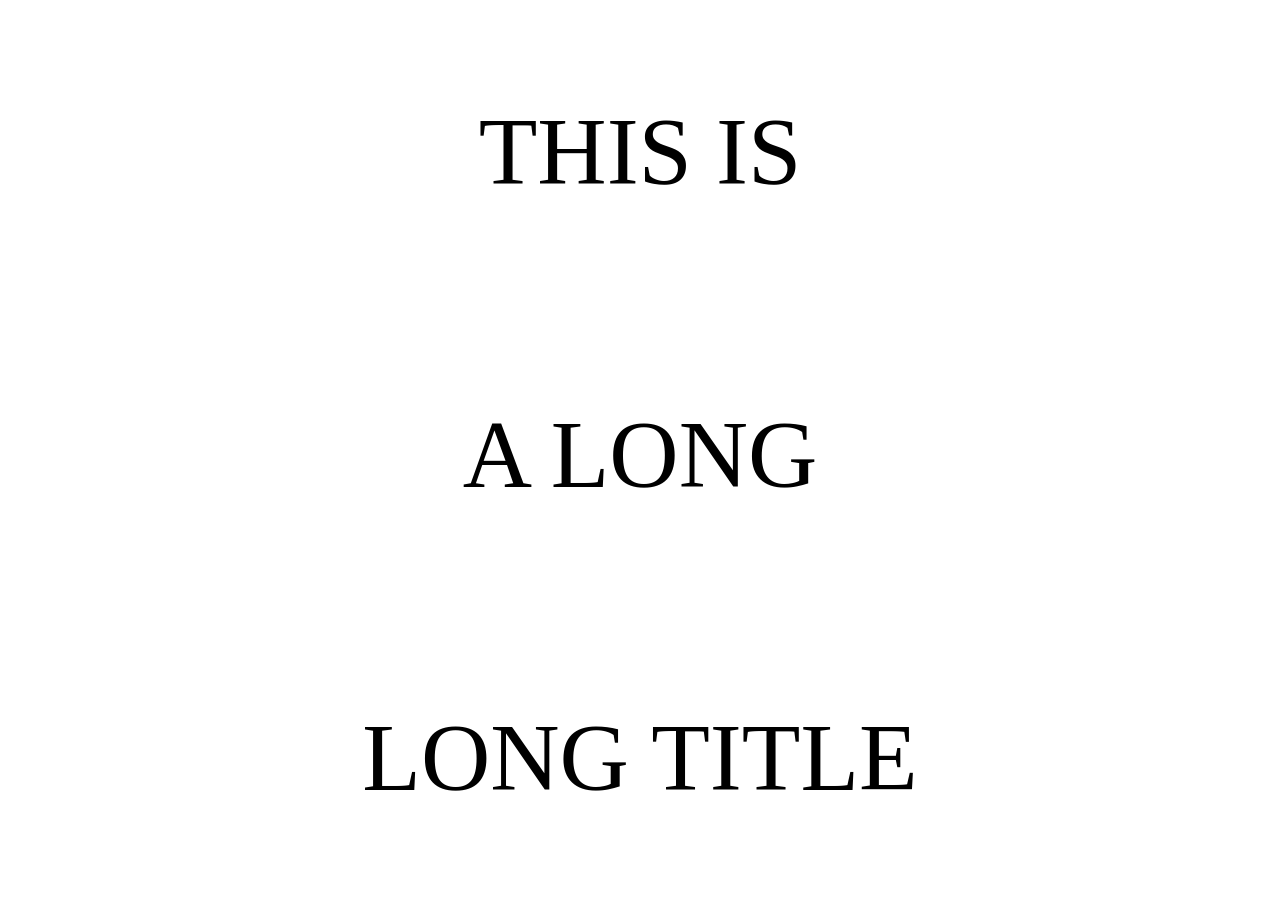
Repository: zuuo/--
Page: 文字入场动画1/index.html
These files come from the project's save history. The page is drawn as it stood at one moment and after the next save; the edit follows.
The browser window is 1280 px wide. The pictures show the whole page.
The style sheet was rebuilt from its Sass, Less or Tailwind sources for each picture, by a compiler version that may differ from the author's.

Above is the page before, as saved 2024-03-03 20:54:50.

### 文字入场动画1/index.html
<!DOCTYPE html>
<html lang="en">

<head>
    <meta charset="UTF-8">
    <meta name="viewport" content="width=device-width, initial-scale=1.0">
    <title>文字入场动画1</title>
    <link rel="stylesheet" href="./style.css">
</head>

<body>
    <div class="title">
        <p>THIS IS</p>
        <p>A LONG</p>
        <p>LONG TITLE</p>
    </div>
</body>
<script src="index.js"></script>

</html>

### 文字入场动画1/style.less
body {
    padding: 0;
    margin: 0;
}

.title {
    width: 100vw;
    height: auto;
    display: flex;
    justify-content: center;
    align-items: center;
    flex-direction: column;
    font-size: 6em;
}

Loaded but not shown: 文字入场动画1/index.js (no stored copy; drawn as an empty file)

After the next save:
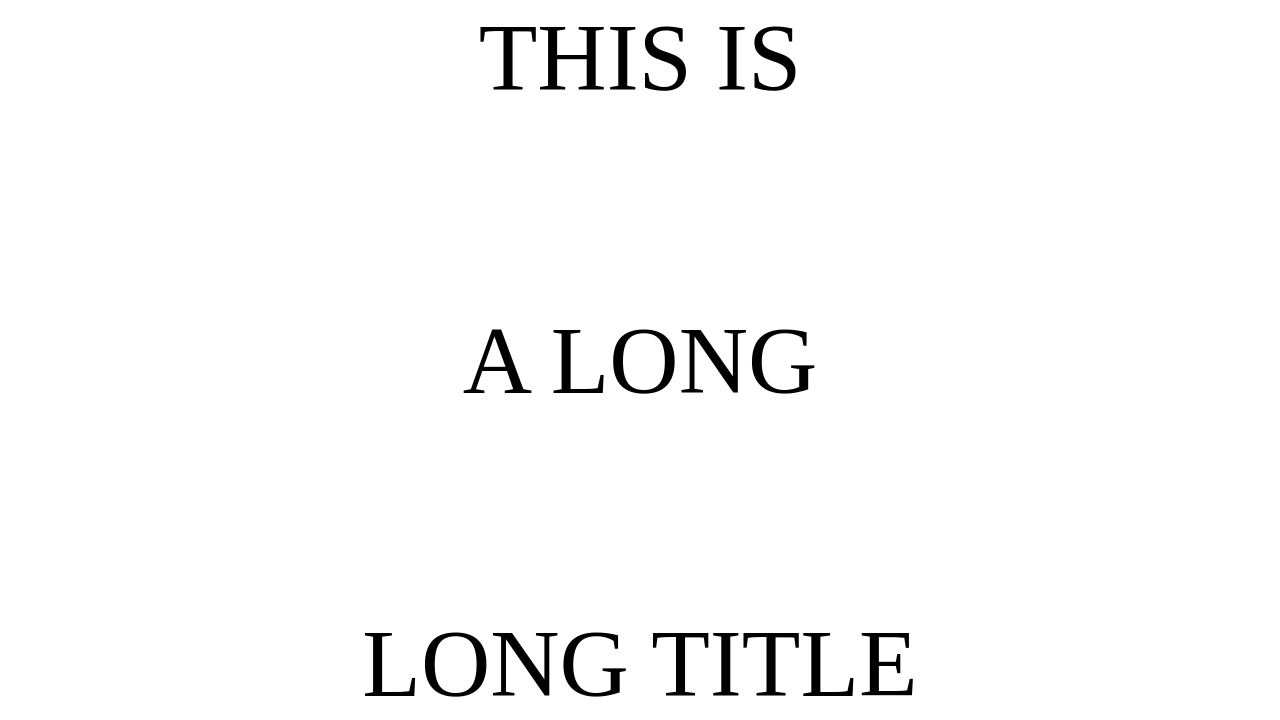
Saved 4 s later.
--- a/文字入场动画1/style.less
+++ b/文字入场动画1/style.less
@@ -5,7 +5,7 @@ body {
 
 .title {
     width: 100vw;
-    height: auto;
+    height: 100vh;
     display: flex;
     justify-content: center;
     align-items: center;
